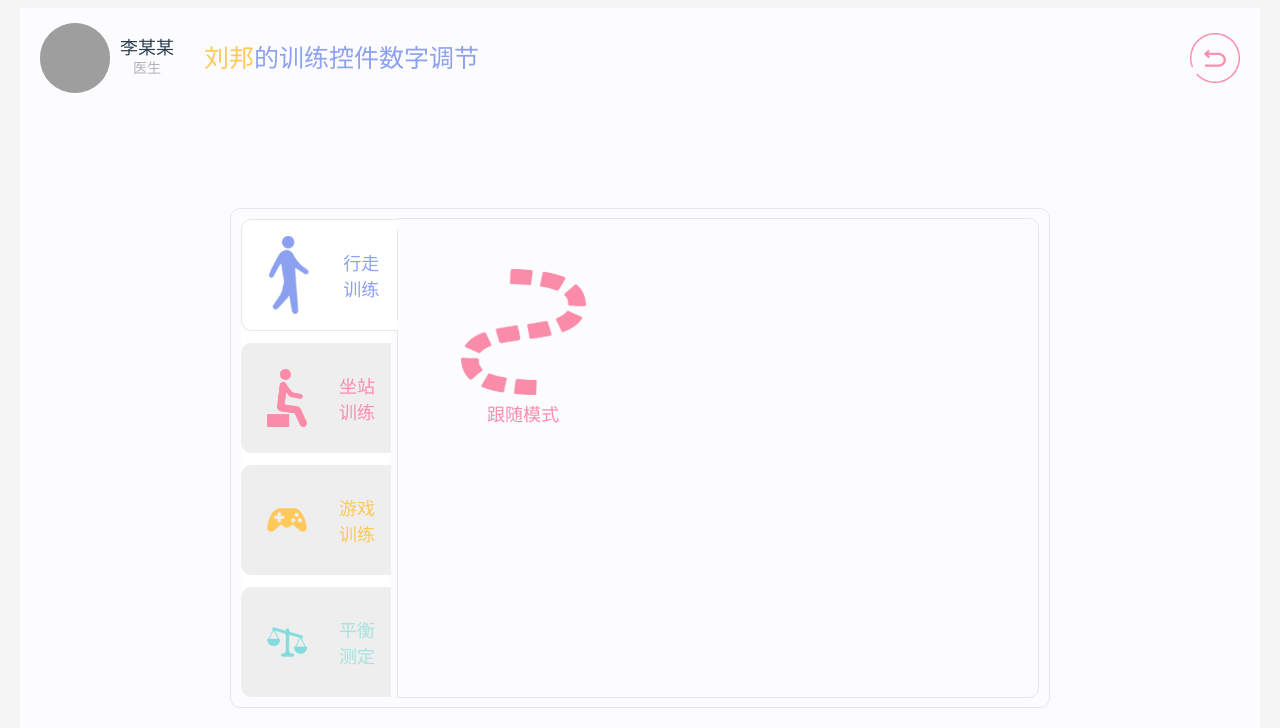
Repository: wangdanqing90/electron-vue-doctor
Page: /#/trainingAdjust
An editor plug-in stored every save of this project. The page is shown before and after the next save, followed by the edit.
The browser window is 1280 px wide. The pictures show the whole page.
Pictures or frames that could not be fetched are drawn as grey boxes. The project was rebuilt for these pictures with package versions that can differ from the ones it lists, and the page was loaded fresh each time. Also part of the build but not shown: vue.config.js, src/views/Home.vue, src/assets/styles/variable.scss, src/assets/styles/iconfont.css.

Above is the page before, as saved 2020-01-15 10:31:34.

After the next save:
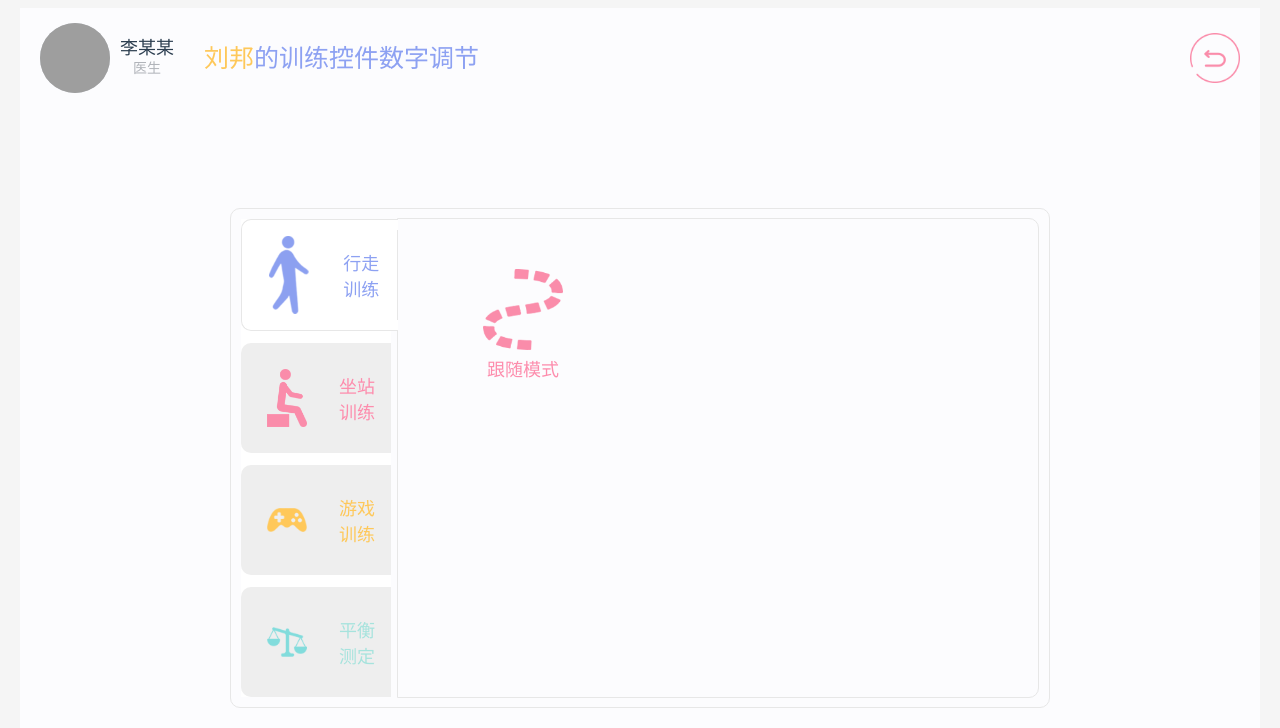
Saved 36 s later.
--- a/src/views/TrainingAdjust/TrainingAdjust.vue
+++ b/src/views/TrainingAdjust/TrainingAdjust.vue
@@ -191,6 +191,12 @@ export default {
       .adjust-container {
         width: 210px;
         padding: 50px 20px;
+        .top {
+          font-size: 18px;
+          img {
+            width: 80px;
+          }
+        }
       }
     }
   }
